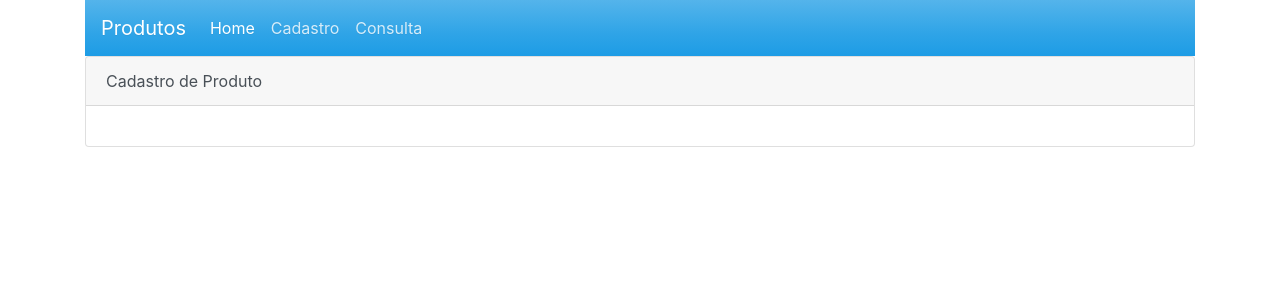
Repository: charles014/curso-react-2020
Page: /#/cadastro-produtos (app in cadastro-produtos/)
These files come from the project's save history. The page is drawn as it stood at one moment and after the next save; the edit follows.
The browser window is 1280 px wide. The pictures show the whole page.
Some web libraries are served in a nearby version. The project was rebuilt for these pictures with package versions that can differ from the ones it lists, and the page was loaded fresh each time. Also part of the build but not shown: cadastro-produtos/src/index.css, cadastro-produtos/src/pages/home.js.

Above is the page before, as saved 2020-09-17 17:20:50.

After the next save:
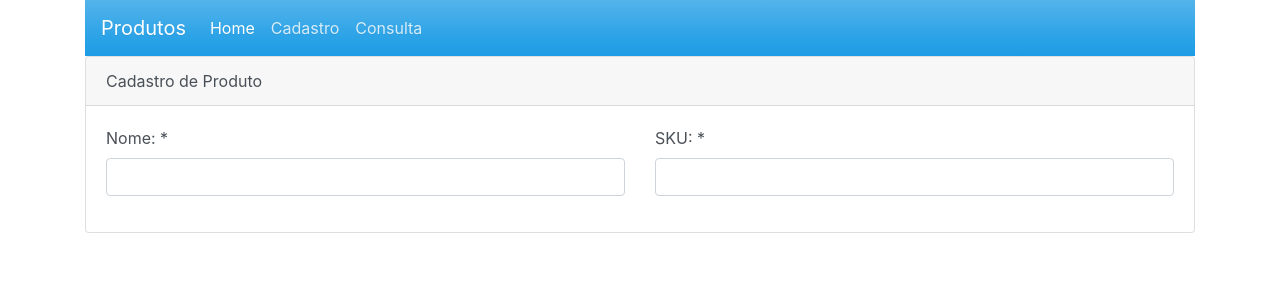
Saved 87 s later.
--- a/cadastro-produtos/src/pages/produtos/cadastro.js
+++ b/cadastro-produtos/src/pages/produtos/cadastro.js
@@ -11,10 +11,16 @@ class CadastroProduto extends React.Component{
                     <div className="card-body">
                          <div className="row">
                               <div className="col-md-6">
-
+                                   <div className="form-group">
+                                        <label>Nome: * </label>
+                                        <input type="text" className="form-control"/>
+                                   </div>
                               </div>
                               <div className="col-md-6">
-
+                              <div className="form-group">
+                                        <label>SKU: * </label>
+                                        <input type="text" className="form-control"/>
+                                   </div>
                               </div>
 
                          </div>
